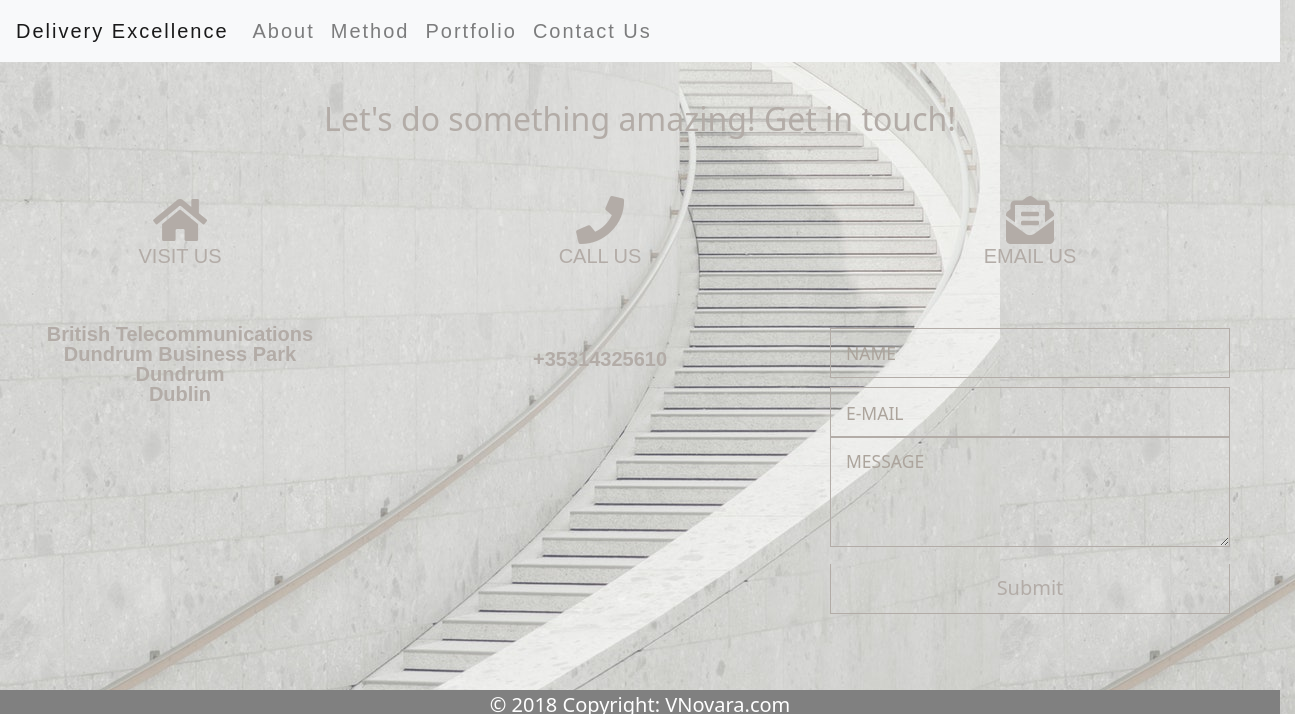
Repository: valenovi76/DeliveryExcellence
Page: contact.html
The author's editor kept a record of every edit. The page is drawn from the files as they stood at one moment, then again after the next edit.
The browser window is 1280 px wide. The page is 1295 px wide, so the pictures cover 1295 px, including what lies to the right of the window. The pictures show the part of the page from y = 0 to 714 px (the page is 1170 px tall).
Pictures or frames that could not be fetched are drawn as grey boxes. Some web libraries are served in a nearby version.

Above is the page before.

After the next edit:
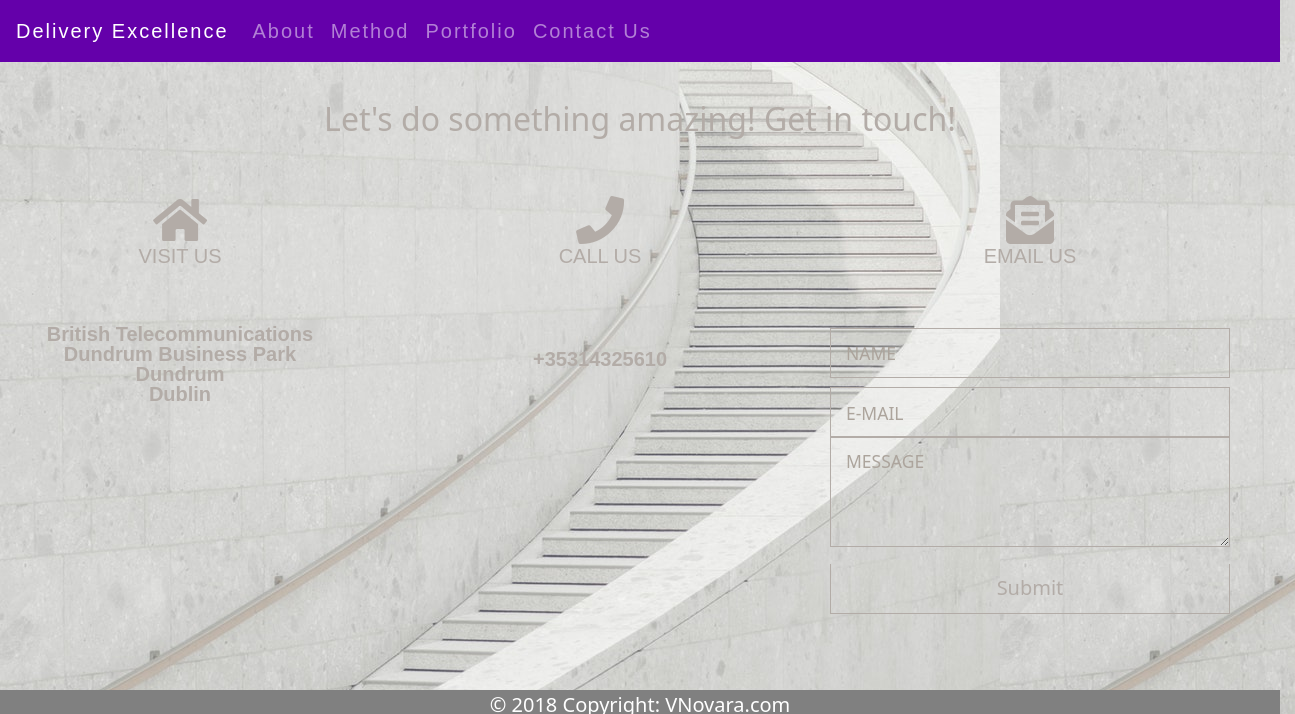
The edit:
--- a/contact.html
+++ b/contact.html
@@ -13,7 +13,7 @@
 <body>
     <header>
         <div class="container">
-                <nav class="navbar fixed-top navbar-expand-lg navbar-light bg-light">
+                <nav class="navbar fixed-top navbar-expand-lg navbar-dark" style="background-color: #6400AA;">
                   <a class="navbar-brand" href="index.html">Delivery Excellence</a>
                   <button class="navbar-toggler" type="button" data-toggle="collapse" data-target="#navbarSupportedContent" aria-controls="navbarSupportedContent" aria-expanded="false" aria-label="Toggle navigation">
                     <span class="navbar-toggler-icon"></span>
